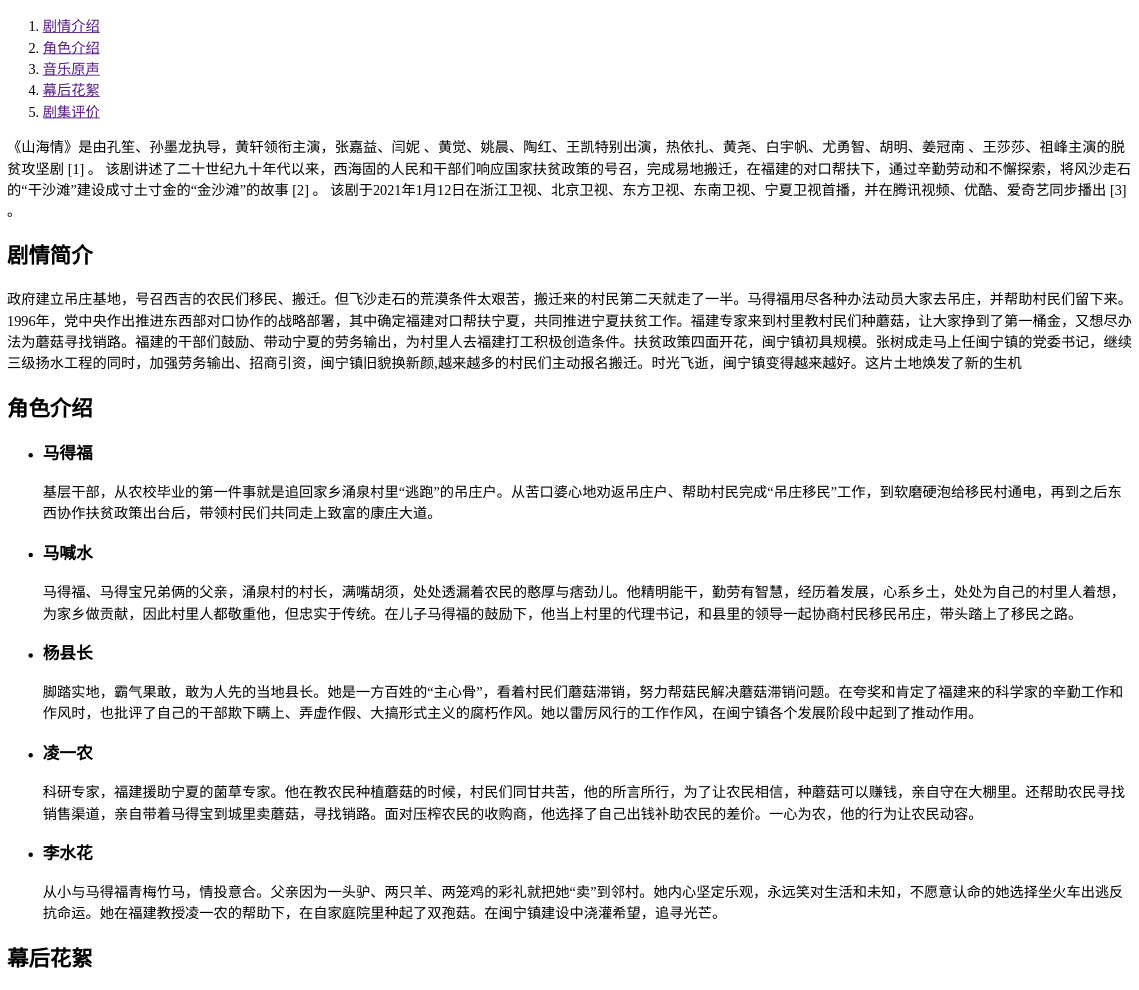
Repository: Lixianlai-2/static-website
Page: index.html
The author's editor kept a copy of each file at every save. The page is drawn from the files as they stood at one save, then again after the next save.
The browser window is 1280 px wide. The pictures show the whole page, at 89% of full size.

Above is the page before, as saved 2021-11-29 23:22:16.

After the next save:
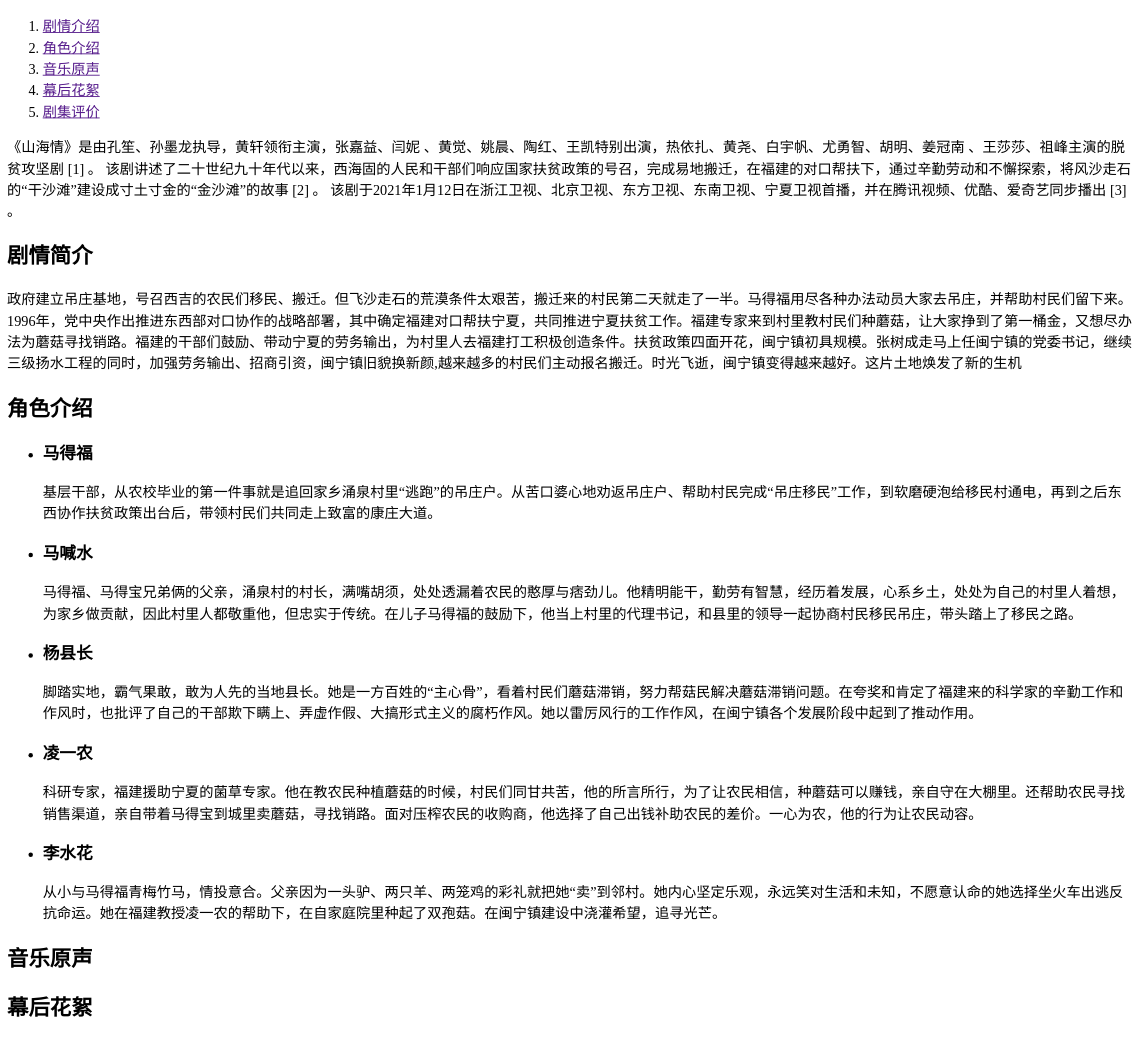
Saved 11 min 57 s later.
--- a/index.html
+++ b/index.html
@@ -76,6 +76,8 @@
       </li>
     </ul>
 
+    <h2>音乐原声</h2>
+
     <h2>幕后花絮</h2>
   </body>
 </html>
